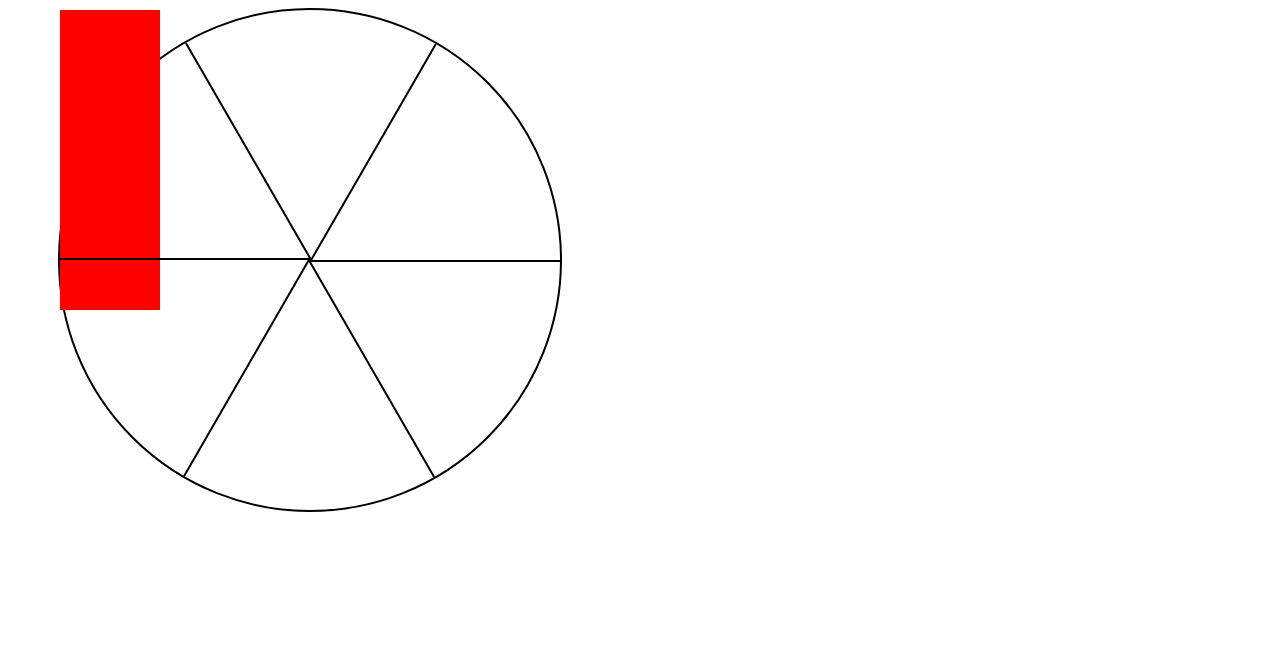
Repository: Lungdjos/ferris_wheel
Page: index.html
These files come from the project's save history. The page is drawn as it stood at one moment and after the next save; the edit follows.
The browser window is 1280 px wide. The pictures show the whole page.

Above is the page before, as saved 2024-01-11 08:59:03.

After the next save:
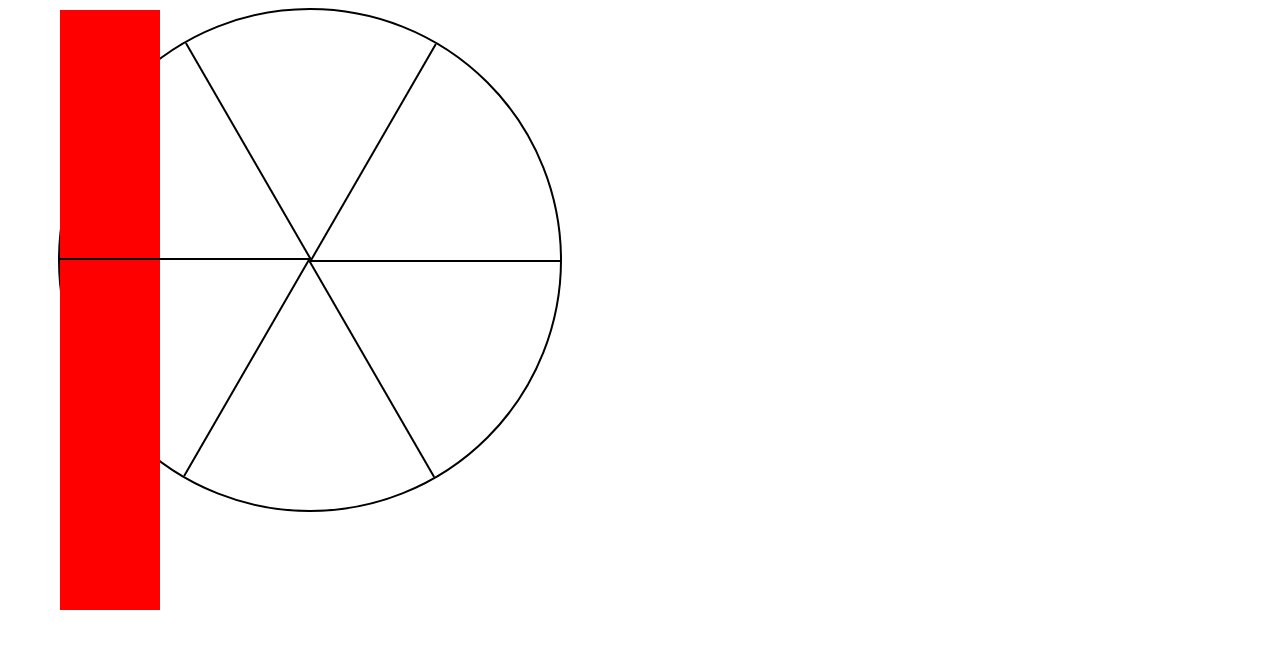
Saved 8 s later.
--- a/styles.css
+++ b/styles.css
@@ -50,5 +50,5 @@
 .cabin {
     background-color: red;
     width: 20%;
-    height: 10%;
+    height: 20%;
 }
